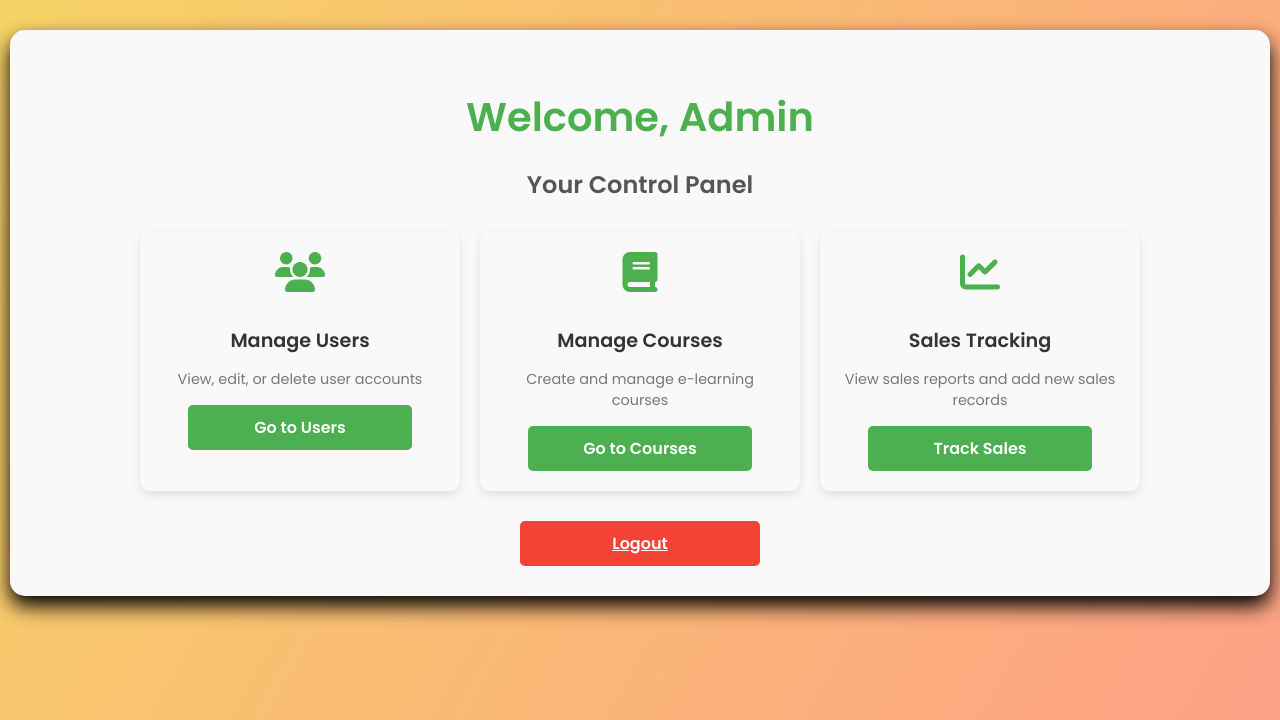
Repository: Syed1818/project
Page: http://localhost/admin_dashboard.php
An editor plug-in stored every save of this project. The page is shown before and after the next save, followed by the edit.
The browser window is 1280 px wide. The pictures show the whole page.
Some web libraries are served in a nearby version. The page is run by PHP 8.4 with error messages shown; the project is at /var/www/html/.

Above is the page before, as saved 2024-12-07 15:15:32.

### admin_dashboard.php
<!DOCTYPE html>
<html lang="en">
<head>
    <meta charset="UTF-8">
    <meta name="viewport" content="width=device-width, initial-scale=1.0">
    <title>Admin Dashboard</title>
    <style>
        @import url('https://fonts.googleapis.com/css2?family=Poppins:wght@400;600&display=swap');
        body {
            font-family: 'Poppins', sans-serif;
            background: linear-gradient(120deg, #f6d365, #fda085);
            color: #333;
            margin: 0;
            padding: 0;
            min-height: 100vh;
            display: flex;
            justify-content: center;
            align-items: flex-start;
        }

        .container {
            background: #f9f9f9;
            padding: 30px;
            border-radius: 15px;
            box-shadow: 0 10px 20px black;
            width: 100%;
            max-width: 1200px;
            margin: 30px auto;
        }

        h1 {
            text-align: center;
            margin-bottom: 20px;
            color: #4CAF50;
            font-size: 2.5rem;
            font-weight: bold;
        }

        h2 {
            text-align: center;
            color: #555;
            margin-bottom: 30px;
        }

        .actions {
            display: flex;
            justify-content: center;
            gap: 20px;
            flex-wrap: wrap;
        }

        .action-card {
            background: #f9f9f9;
            padding: 20px;
            border-radius: 10px;
            width: 280px;
            text-align: center;
            box-shadow: 0 4px 10px rgba(0, 0, 0, 0.1);
            transition: transform 0.3s ease, box-shadow 0.3s ease;
        }

        .action-card:hover {
            transform: translateY(-5px);
            box-shadow: 0 6px 20px rgba(0, 0, 0, 0.3);
        }

        .action-card i {
            font-size: 40px;
            color: #4CAF50;
            margin-bottom: 15px;
        }

        .action-card h3 {
            font-size: 1.2rem;
            margin-bottom: 10px;
            color: #333;
        }

        .action-card p {
            color: #777;
            font-size: 0.9rem;
            margin-bottom: 15px;
        }

        .action-card a {
            text-decoration: none;
            color: #fff;
            background-color: #4CAF50;
            padding: 10px 0;
            border-radius: 5px;
            font-weight: bold;
            display: block;
            width: 80%;
            margin: 0 auto;
            text-align: center;
        }

        .action-card a:hover {
            background-color: #45a049;
        }

        .logout-btn {
            background-color: #f44336;
            color: white;
            padding: 10px 20px;
            text-align: center;
            border-radius: 5px;
            font-weight: bold;
            margin: 30px auto 0;
            width: 200px;
            display: block;
        }

        .logout-btn:hover {
            background-color: #e53935;
        }

        /* Mobile Responsiveness */
        @media (max-width: 768px) {
            .actions {
                flex-direction: column;
                align-items: center;
            }

            .action-card {
                width: 90%;
                margin-bottom: 20px;
            }
        }
    </style>
    <!-- Font Awesome for Icons -->
    <script src="https://kit.fontawesome.com/a076d05399.js" crossorigin="anonymous"></script>
</head>
<body>
    <div class="container">
        <header>
            <h1>Welcome, Admin</h1>
            <h2>Your Control Panel</h2>
        </header>

        <main>
            <section class="actions">
                <div class="action-card">
                    <i class="fas fa-users"></i>
                    <h3>Manage Users</h3>
                    <p>View, edit, or delete user accounts</p>
                    <a href="manage_users.php">Go to Users</a>
                </div>
                <div class="action-card">
                    <i class="fas fa-book"></i>
                    <h3>Manage Courses</h3>
                    <p>Create and manage e-learning courses</p>
                    <a href="manage_courses.php">Go to Courses</a>
                </div>
                <div class="action-card">
                    <i class="fas fa-chart-line"></i>
                    <h3>Sales Tracking</h3>
                    <p>View sales reports and add new sales records</p>
                    <a href="sales_report.php">Track Sales</a>
                </div>
            </section>

            <a href="admin_logout.php" class="logout-btn">Logout</a>
        </main>
    </div>
</body>
</html>

After the next save:
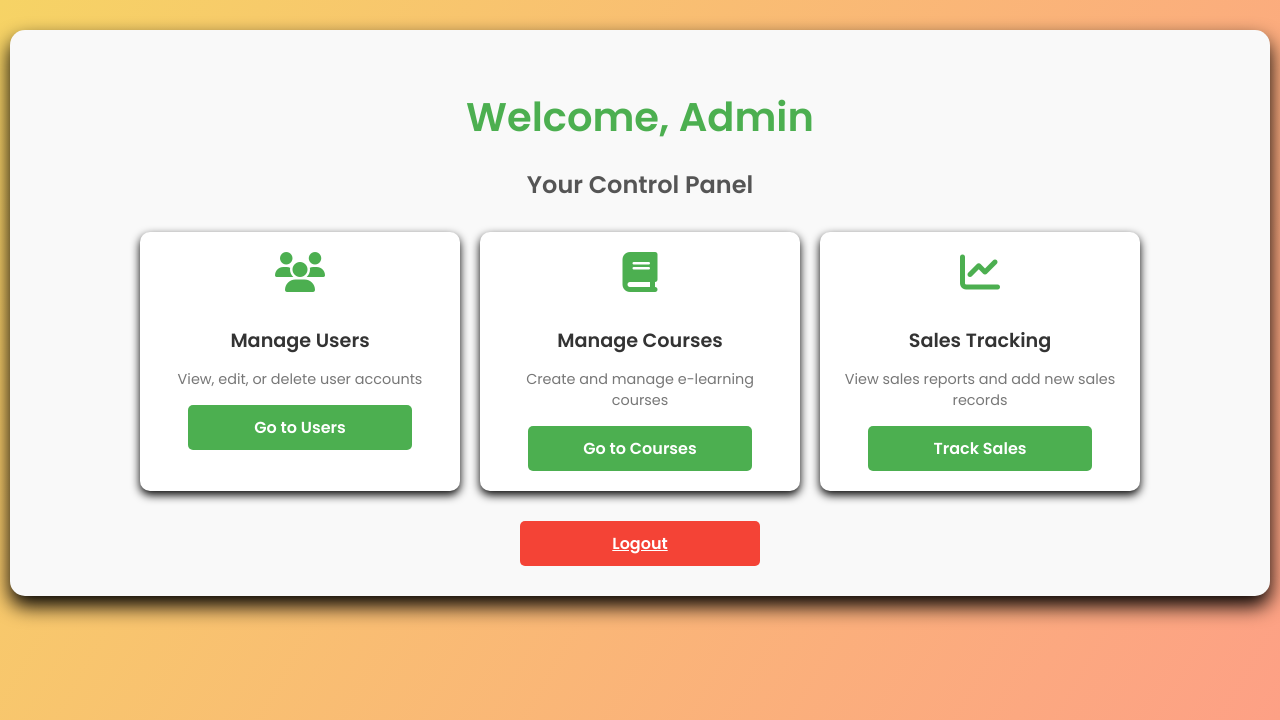
Saved 26 s later.
--- a/admin_dashboard.php
+++ b/admin_dashboard.php
@@ -50,12 +50,12 @@
         }
 
         .action-card {
-            background: #f9f9f9;
+            background: white;
             padding: 20px;
             border-radius: 10px;
             width: 280px;
             text-align: center;
-            box-shadow: 0 4px 10px rgba(0, 0, 0, 0.1);
+            box-shadow: 0 4px 10px black;
             transition: transform 0.3s ease, box-shadow 0.3s ease;
         }
 
